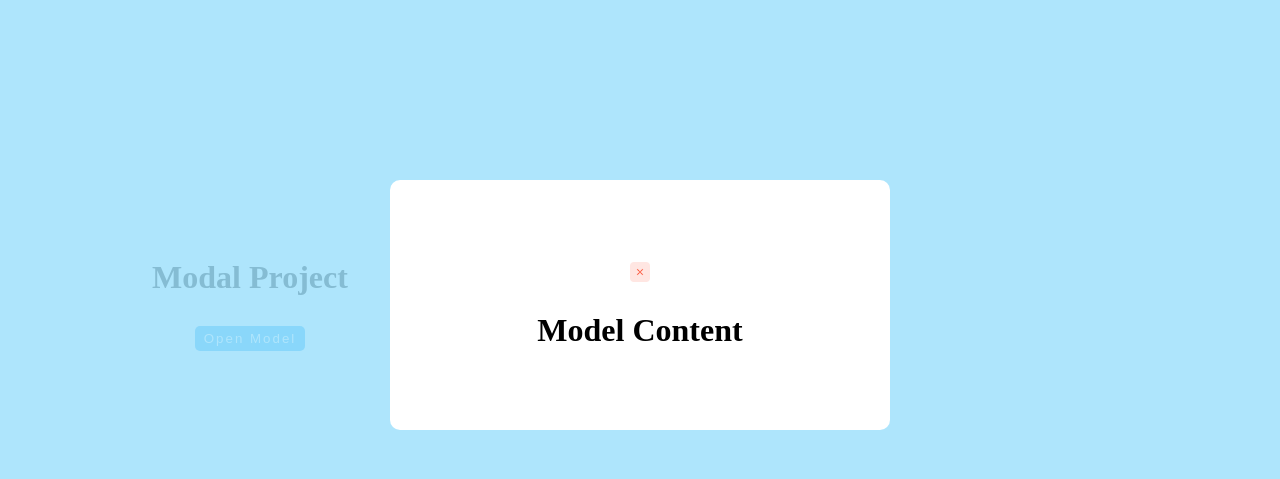
Repository: Trapti10/20-js-practice-projects-in-7-days-challenge
Page: Project_4_Modal_Project/index.html
The author's editor kept a copy of each file at every save. The page is drawn from the files as they stood at one save, then again after a run of saves.
The browser window is 1280 px wide. The pictures show the whole page.

Above is the page before, as saved 2025-11-24 11:07:52.

### Project_4_Modal_Project/index.html
<!DOCTYPE html>
<html lang="en">
<head>
    <meta charset="UTF-8">
    <meta name="viewport" content="width=device-width, initial-scale=1.0">
    <title>Modal Project</title>
    <link rel="stylesheet" href="style.css">
</head>
<body>
    <div class="hero">
     <div class="bg-img"  background-img>

    </div>
    <div class="card">
        <h1>Modal Project</h1>

        <button class="Open">
            Open Model
        </button>
       </div>
       </div>
       <div class="modal-overlay">
        <div class="madal-container">
            <img src="assests/close.png" alt="">
            <div class="modalContent">
                <h1>Model Content</h1>
            </div>
        </div>
       </div>
    <script src="script.js"></script>
</body>
</html>

### Project_4_Modal_Project/style.css
*{
    margin: 0;
    padding: 0;
}
.hero{
    place-items: center;
}
.bg-img{
    height: 100vh;
    background-position: center center;
    background-repeat: no-repeat;
    position: relative;
    background-size: max(2200px, 100vw);
    background-image: url("https://png.pngtree.com/thumb_back/fh260/background/20230714/pngtree-simplicity-in-blue-a-living-room-interior-design-with-decor-and-image_3888158.jpg");
    background-repeat: no-repeat;
    align-items: center;
    margin-top: 0;
    align-items: center;

}

.card{
    position: absolute;
    top: 25%;
    background: white;
    min-height: 250px;
    min-width: 500px;
    display: flex;
    justify-content: center;
    align-items:center ;
    flex-direction: column;
    border: none;
    border-radius: 10px;
    gap: 30px;
}

button{
    height: 25px;
    width: 110px;
    color: white;
    background: rgb(29, 166, 246);
    border: none;
    letter-spacing: 2px;
    border-radius: 5px;
    padding: 0 4px;
}

button:hover{
    background: transparent;
    color: black;
    border: 2px solid rgb(29, 166, 246);
}

.modal-overlay{
    background: rgba(159, 225, 252, 0.84);
    position: fixed;
    top: 0;
    left: 0;
    width: 100%;
    height: 100%;
    place-items:center;
    display: grid;
    transition: 400ms ease;

    /* visibility: visible; */
    /* z-index: -10; */
}

.madal-container{
    position: absolute;
    top: 25%;
    background: white;
    min-height: 250px;
    min-width: 500px;

    display: flex;
    justify-content: center;
    align-items:center ;
    flex-direction: column;
    border: none;
    border-radius: 10px;
    gap: 30px;
}

.madal-container img{
    height: 20px;
    right: 0;
}

Loaded but not shown: Project_4_Modal_Project/script.js (no stored copy; drawn as an empty file)

After the next 2 saves:
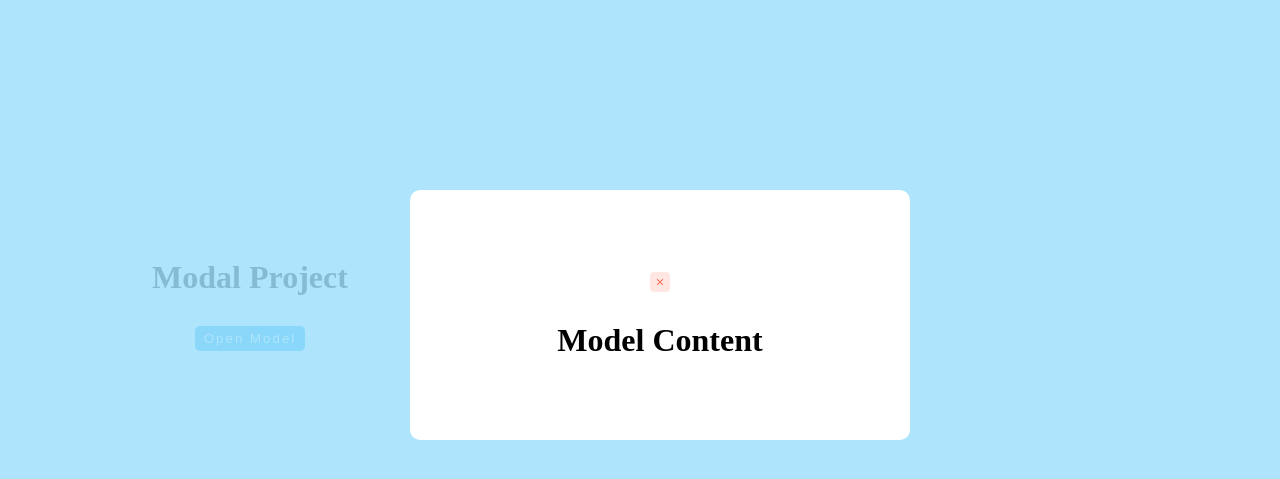
The 2 saves are shown as one change because they came seconds apart.
The last was saved 8 s later.
--- a/Project_4_Modal_Project/style.css
+++ b/Project_4_Modal_Project/style.css
@@ -61,7 +61,7 @@ button:hover{
     place-items:center;
     display: grid;
     transition: 400ms ease;
-
+    padding: 20px 20px;
     /* visibility: visible; */
     /* z-index: -10; */
 }
